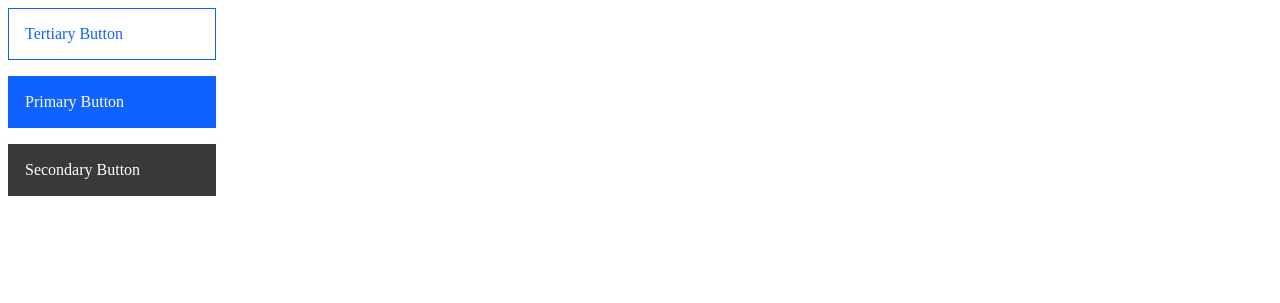
Repository: prav10194/ibm-carbon-components-vanilla
Page: buttons/index.html
The author's editor kept a copy of each file at every save. The page is drawn from the files as they stood at one save, then again after the next save.
The browser window is 1280 px wide. The pictures show the whole page.
Some web fonts or font styles are not loaded; a fallback is used.

Above is the page before, as saved 2020-11-12 19:47:21.

### buttons/index.html
<!DOCTYPE html>
<html lang="en">
<head>
    <meta charset="UTF-8">
    <meta name="viewport" content="width=device-width, initial-scale=1.0">
    <link rel="shortcut icon" href="./assets/ibm--cloud.svg" />
    <link rel="stylesheet" href="./node_modules/@ibm/plex/css/ibm-plex-sans-kr.css">
    <link rel="stylesheet" href="./node_modules/@ibm/plex/css/ibm-plex.css">
    <link rel="stylesheet" href="./index.css">
    <title>Button examples</title>
</head>
<style>
    .buttondiv > *:not(:first-child) {
        margin-top: 1rem;
    }
</style>
<body>
    <div class="buttondiv" style="display: flex; flex-direction: column;">
        <div class="tertiary-button">Tertiary Button</div>
        <div class="primary-button">Primary Button</div>
        <div class="secondary-button">Secondary Button</div>
    </div>
</body>
</html>

### buttons/index.css
.tertiary-button {
    font-size: 1rem;
    border: 1px solid #0f62fe;
    color: #0f62fe;
    padding: 1rem 4rem 1rem 1rem;
    width: 10%;
    font-family: IBM Plex Sans;
}

.tertiary-button:hover {
    background-color: #0f62fe;
    color: white;
    cursor: pointer;
}

.primary-button {
    font-size: 1rem;
    border: 1px solid #0f62fe;
    background-color: #0f62fe;
    color: white;
    padding: 1rem 4rem 1rem 1rem;
    width: 10%;
    font-family: IBM Plex Sans;
}

.primary-button:hover {
    /* background-color: #0f62fe; */
    /* color: white; */
    background-color: #0d58e4;
    cursor: pointer;
}

.secondary-button {
    font-size: 1rem;
    border: 1px solid #393939;
    background-color: #393939;
    color: white;
    padding: 1rem 4rem 1rem 1rem;
    width: 10%;
    font-family: IBM Plex Sans;
}

.secondary-button:hover {
    background-color: #4c4c4c;
    cursor: pointer;
}

.danger-button {
    font-size: 1rem;
    border: 1px solid #da1e28;
    background-color: #da1e28;
    color: white;
    padding: 1rem 4rem 1rem 1rem;
    width: 10%;
    font-family: IBM Plex Sans;
}

.danger-button:hover {
    background-color: #c41b24;
    cursor: pointer;
}

Loaded but not shown: fonts/node_modules/@ibm/plex/css/ibm-plex-sans-kr.css (library); fonts/node_modules/@ibm/plex/css/ibm-plex.css (library)

After the next save:
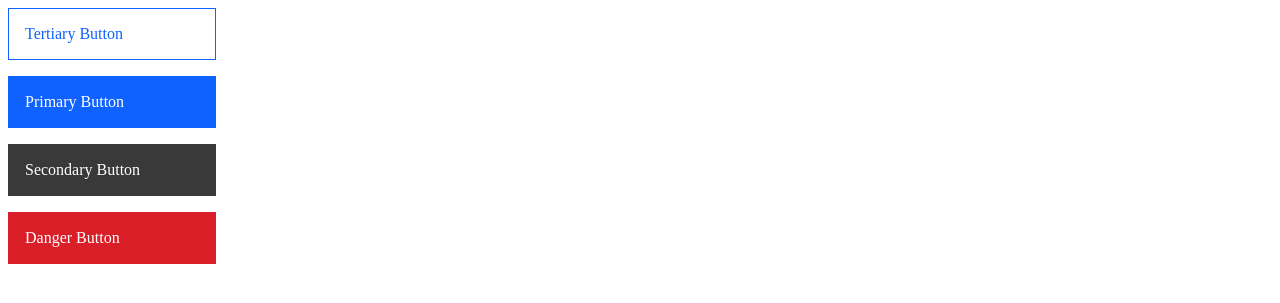
Saved 84 s later.
--- a/buttons/index.html
+++ b/buttons/index.html
@@ -19,6 +19,7 @@
         <div class="tertiary-button">Tertiary Button</div>
         <div class="primary-button">Primary Button</div>
         <div class="secondary-button">Secondary Button</div>
+        <div class="danger-button">Danger Button</div>
     </div>
 </body>
 </html>
